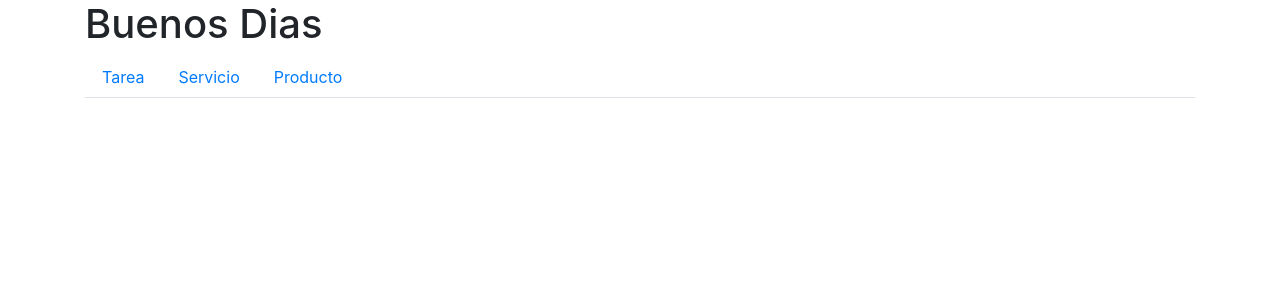
Repository: Alemartinez97/New-Repository
Page: programacion-3/tp4/index.html
These files come from the project's save history. The page is drawn as it stood at one moment and after the next save; the edit follows.
The browser window is 1280 px wide. The pictures show the whole page.

Above is the page before, as saved 2020-06-18 16:17:52.

After the next save:
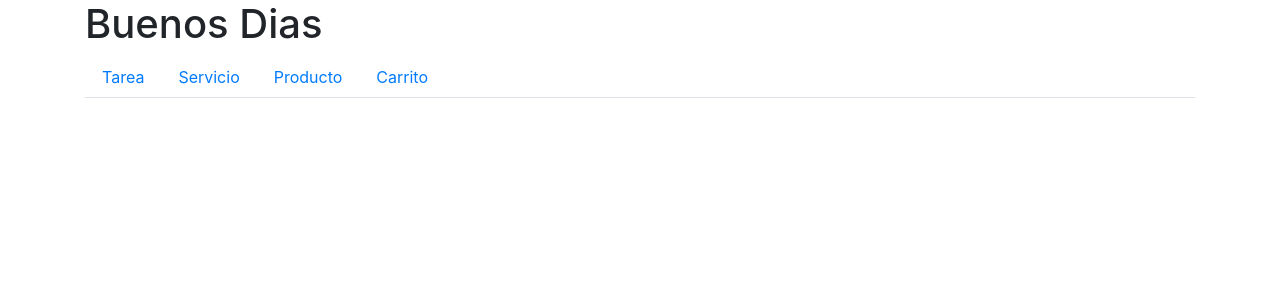
Saved 69 s later.
--- a/programacion-3/tp4/index.html
+++ b/programacion-3/tp4/index.html
@@ -19,6 +19,9 @@
       <li class="nav-item">
         <a class="nav-link" href="./productos/producto.html">Producto</a>
       </li>
+      <li class="nav-item">
+        <a class="nav-link" href="./carrito/carrito.html">Carrito</a>
+      </li>
     </ul>
   </div>
 
